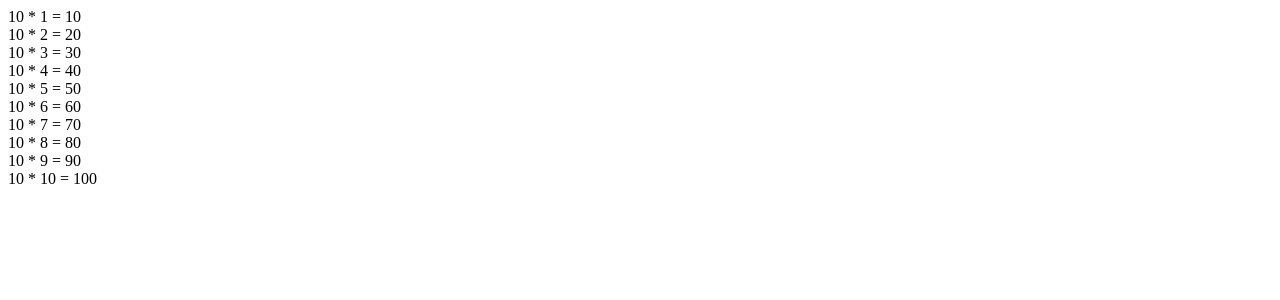
Repository: Fablilsonoliver/logica1
Page: index.html
The author's editor kept a copy of each file at every save. The page is drawn from the files as they stood at one save, then again after a run of saves.
The browser window is 1280 px wide. The pictures show the whole page.

Above is the page before, as saved 2025-04-29 11:15:55.

### app.js
// function = declaro uma função
// mediaDaNota = nome da função (SEMPRE em camelCase)
// nota0, nota1, nota2, nota3 = argumentos, ou seja, variaveis.
// {} = é aonde vai acontecer a logica em bloco

function mediaDaNota(nota0, nota1, nota2, nota3) {

// const = tipo de variavel, é imutavel
// mediaFinal = nome da variavel em camelCase
// O que ela faz?
// soma as variaveis e divide pela quantidade de variaveis

const mediaFinal = (nota0 + nota1 + nota2 + nota3) / 4;

// if = condição
// (mediaFinal >= 7) = a condição está verificando se a variavel 'mediaFinal' é maior ou igual a 7

// else = se não atender nenhuma outra condição anterior, ela entra no 'else'
// return = informa a resposta final

if (mediaFinal >= 7) {
    return "Aprovado";
} else {
    return "Reprovado";
}

// return mediaFinal >= 7 ? "Aprovado" : "Reprovado";
}

function tabuada(numero) {
    let i = 1;
    let lista = [];
    while (i <= 10) {
        lista += `${numero} * ${i} = ${numero * i}<br>`;
        i++;
    }

    return lista;
}

document.write(tabuada(10))

Loaded but not shown: index.html (common file)

After the next 2 saves:
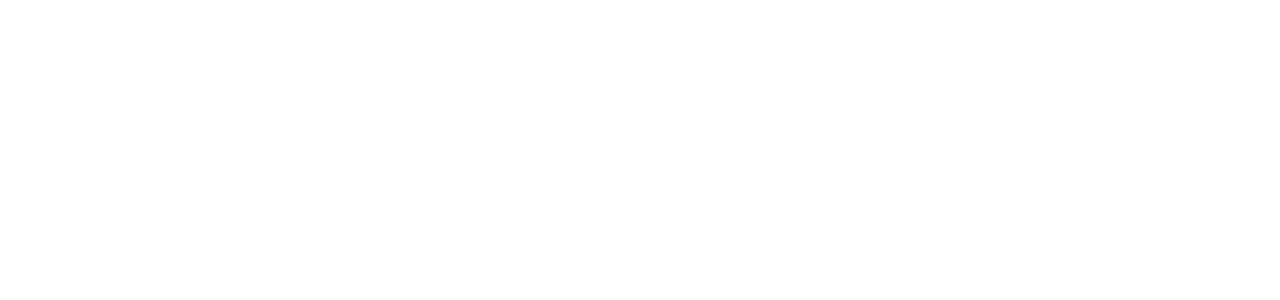
Console error: SyntaxError: Illegal return statement
The 2 saves are shown as one change because they came seconds apart.
The last was saved 36 s later.
--- a/app.js
+++ b/app.js
@@ -29,8 +29,8 @@
 
 function tabuada(numero) {
     let i = 1;
-    let lista = [];
-    while (i <= 10) {
+    let lista;
+
         lista += `${numero} * ${i} = ${numero * i}<br>`;
         i++;
     }

After the save that followed:
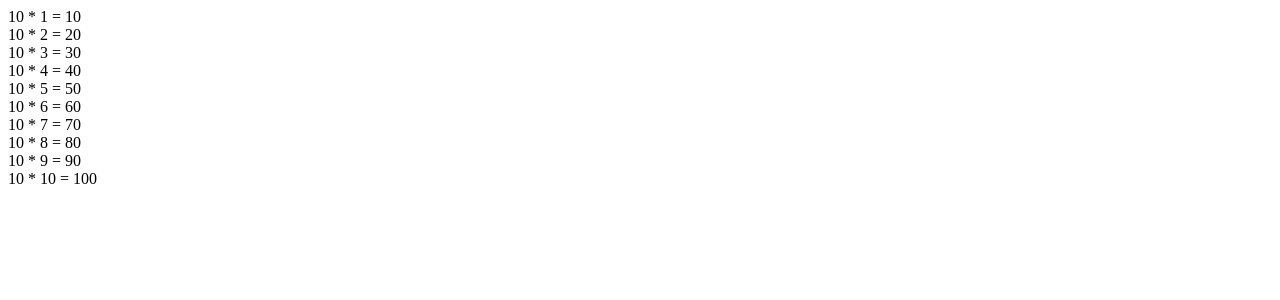
The error is gone.
Saved 4 s later.
--- a/app.js
+++ b/app.js
@@ -29,8 +29,8 @@
 
 function tabuada(numero) {
     let i = 1;
-    let lista;
-
+    let lista = [];
+    while (i <= 10) {
         lista += `${numero} * ${i} = ${numero * i}<br>`;
         i++;
     }
